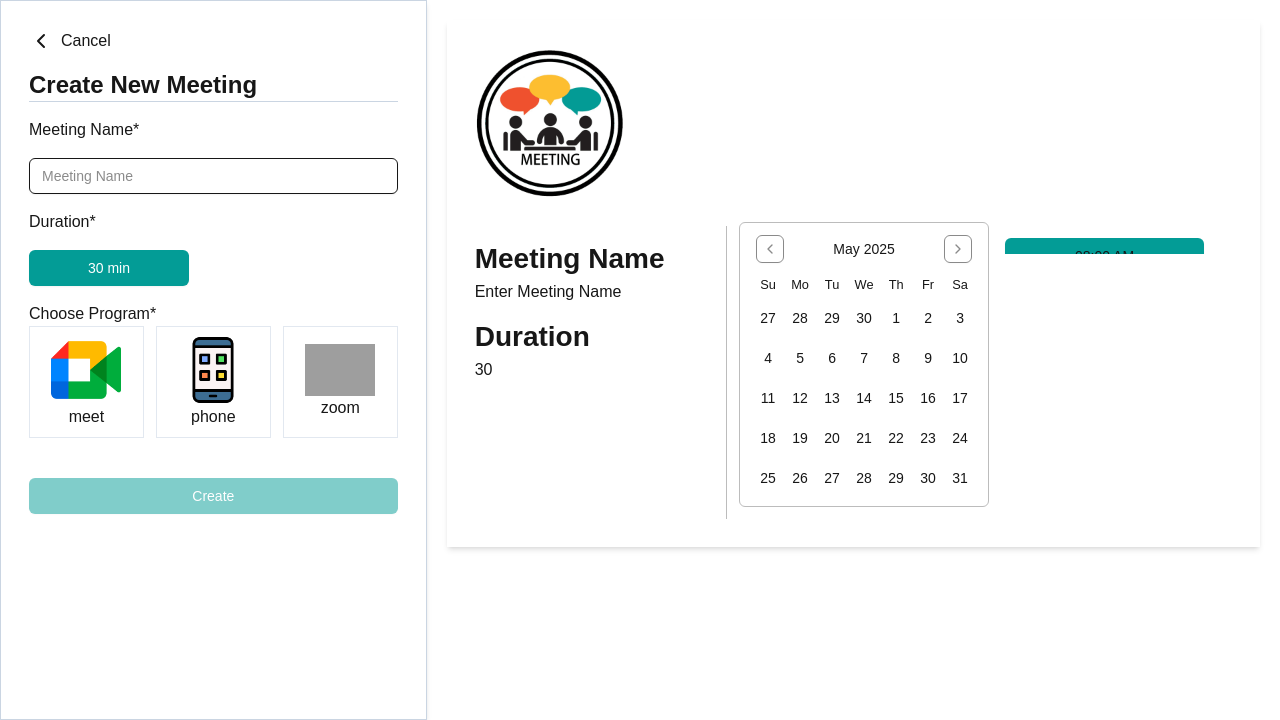
Repository: walaa-horani/scheduleMeetingNextjs
Page: /create-meeting
These files come from the project's save history. The page is drawn as it stood at one moment and after the next save; the edit follows.
The browser window is 1280 px wide. The pictures show the whole page.
Pictures or frames that could not be fetched are drawn as grey boxes. The project was rebuilt for these pictures with package versions that can differ from the ones it lists, and the page was loaded fresh each time. The framework's server and built-in components were replaced by stand-ins that run in the browser. Also part of the build but not shown: next.config.mjs.

Above is the page before, as saved 2025-05-28 21:59:51.

### app/layout.js
import { Inter, JetBrains_Mono } from "next/font/google";
import "./globals.css";

const inter = Inter({
  variable: "--font-sans",
  subsets: ["latin"],
});

const jetbrains = JetBrains_Mono({
  variable: "--font-mono",
  subsets: ["latin"],
});
export const metadata = {
  title: "Create Next App",
  description: "Generated by create next app",
};

export default function RootLayout({ children }) {
  return (
    <html lang="en">
      <body
        className={`${inter.variable} ${inter.variable} antialiased`}
      >
        {children}
      </body>
    </html>
  );
}

### app/(routes)/create-meeting/page.js
"use client"
import React, { useState } from 'react'
  import MeetingForm from './_components/MeetingForm'
import PreviewMeeting from './PreviewMeeting'
function CreateMeeting() {

      const [formValue,setFormValue] = useState()





  return (
    <div className='grid md:grid-cols-3 grid-cols-1'>

<div className=' p-3 shadow-md border border-slate-300 h-screen'>

          <MeetingForm setFormValue={setFormValue}/>
        </div>

        <div className='col-span-2'>
        <PreviewMeeting formValue={formValue}/>
        </div>
    </div>
  )
}

export default CreateMeeting

### app/(routes)/create-meeting/_components/MeetingForm.js
"use client"
import { ChevronLeft } from 'lucide-react'
import React, { useEffect, useState } from 'react'
import { Input } from '@/components/ui/input'
import { Button } from '@/components/ui/button'
import porgrams from '../../_utils/program'
import Image from 'next/image'
import {
  DropdownMenu,
  DropdownMenuContent,
  DropdownMenuItem,
  DropdownMenuLabel,
  DropdownMenuSeparator,
  DropdownMenuTrigger,
} from "@/components/ui/dropdown-menu"
import Link from 'next/link'

function MeetingForm({setFormValue}) {

    const [program,setProgram]= useState()
    const [meetingName,setMeeting] = useState()
    const [duration,setDuration] = useState(30)

    const [programsURL,setProgramsURL] = useState()



    useEffect(()=>{
      setFormValue({
        program:program,
        meetingName:meetingName,
        duration:duration,
        programsURL:programsURL

      })
    },[program,meetingName,duration,programsURL])





  return (
    <div className='p-4  '>
       <Link className='cursor-pointer' href={"/dashboard"}> <h1 className='flex gap-2 '> <ChevronLeft/> Cancel</h1></Link>
        <div>
            <h1 className='font-bold text-2xl mt-4'>Create New Meeting</h1>


            </div>

             <hr className='text-slate-300'/>

             <div className='flex flex-col gap-4 my-4'>

                <h2>Meeting Name*</h2>
                <Input onChange={(e)=> setMeeting(e.target.value)} placeholder="Meeting Name"/>
                </div>

             <div className='flex flex-col gap-4 my-4'>

                <h2>Duration*</h2>
             <Button className="max-w-40 text-white" >

                <DropdownMenu className="bg-white ">
  <DropdownMenuTrigger>{duration} min</DropdownMenuTrigger>
  <DropdownMenuContent className="bg-white border border-gray-200 shadow-lg rounded-md p-2 w-40">

    <DropdownMenuItem onClick={(e)=> setDuration(15)}>15 Min</DropdownMenuItem>
    <DropdownMenuItem onClick={(e)=> setDuration(30)}>30 Min</DropdownMenuItem>
    <DropdownMenuItem onClick={(e)=> setDuration(45)}>45 Min</DropdownMenuItem>
    <DropdownMenuItem onClick={(e)=> setDuration(60)}>60 Min</DropdownMenuItem>
  </DropdownMenuContent>
</DropdownMenu>

             </Button>
                </div>

                <div>
                   <h2>Choose Program*</h2>

                    <div  className='grid grid-cols-3 gap-3'>


                    {porgrams.map((item)=>(
                        <div onClick={()=> setProgram(item.name)} className={ `cursor-pointer hover:bg-[#e8f7f6] border-slate-200 p-2 flex flex-col justify-center border items-center ${program==item.name&&"bg-[#e8f7f6]"}`}>

                        <Image width={70} height={70} alt='image' src={item.icon}/>
                        <h2>{item.name}</h2>
                         </div>
                    ))}
                    </div>

                     {program&&
                        <>
                    <h2 className='mt-4'>Add {program} Url*</h2>
                <Input  onChange={(e)=> setProgramsURL(e.target.value)} placeholder="url"/></> }

                    </div>

                    <Button disabled={!(meetingName && duration &&programsURL &&  program)} className="mt-10 w-full text-white cursor-pointer">Create</Button>
    </div>
  )
}

export default MeetingForm

### app/(routes)/create-meeting/PreviewMeeting.js
"use client"
import React, { useEffect, useState } from 'react'
import Image from 'next/image'
import { Clock, MapPin } from 'lucide-react'
import Link from 'next/link'
import { Calendar } from "@/components/ui/calendar"
import { Button } from '@/components/ui/button'

function PreviewMeeting({formValue}) {

  const [date,setDate]= useState(new Date())
  const[timeSlotes,setTimeSlots] = useState()
  useEffect(()=>{
    formValue?.duration&&createTimeSlot(formValue?.duration)

  },[formValue])

   const createTimeSlot=(interval)=>{
        const startTime = 8 * 60; // 8 AM in minutes
        const endTime = 22 * 60; // 10 PM in minutes
        const totalSlots = (endTime - startTime) / interval;
        const slots = Array.from({ length: totalSlots }, (_, i) => {
      const totalMinutes = startTime + i * interval;
      const hours = Math.floor(totalMinutes / 60);
      const minutes = totalMinutes % 60;
      const formattedHours = hours > 12 ? hours - 12 : hours; // Convert to 12-hour format
      const period = hours >= 12 ? 'PM' : 'AM';
      return `${String(formattedHours).padStart(2, '0')}:${String(minutes).padStart(2, '0')} ${period}`;
    });

    setTimeSlots(slots);
    console.log(slots)
    }
  return (

       <div className='p-7 shadow-md   m-5'>
          <Image width={150} height={150} src="/logo.png"/>


         <div className='grid grid-cols-1 md:grid-cols-3'>

          <div className='mt-7  border-r border-[#bcbcbc]'>

             <div>

         <h2 className='font-bold text-[28px] mt-3'>Meeting Name</h2>
             <h2>{formValue?.meetingName?formValue?.meetingName:"Enter Meeting Name"}</h2>
           </div>


            <div>

         <h2 className='font-bold text-[28px] mt-3'>Duration</h2>
             <h2>{formValue?.duration?formValue?.duration:"duration"}</h2>
           </div>




          </div>


        <div className='md:col-span-2 flex p-3 mt-3'>
          <div className='flex flex-col'>


       {/* #039b95    */}
          <Calendar
              mode="single"
              selected={date}
              onSelect={setDate}
              className="rounded-md border border-[#bcbcbc]"
            />
              </div>

              <div className=' h-6 flex flex-col p-4 overflow-auto gap-4 w-full '>
                {timeSlotes?.map((item)=>(
                 <Button className="border-[#039b95] ">{item}</Button>
                ))}
              </div>
          </div>
         </div>
         </div>





































    //     <div className='p-7 shadow-md   m-5'>
//         <Image width={150} height={150} alt='logo' src="/logo.png"/>



//         {/* Meeting Info */}

//         <div className='grid grid-cols-1 md:grid-cols-3'>


//       <div className='mt-7  border-r border-[#bcbcbc]'>

//        <h2 className='font-bold text-[28px] text-[#039b95] '>Meeting Name</h2>
//        <h2 className='mt-6'>{formValue?.meetingName?formValue?.meetingName:"Meeting Name"}</h2>


//         <div className='flex items-center gap-2 mt-5'>
//             <Clock/> <h2> {formValue?.duration} Min</h2>
//         </div>

//         <div className='flex items-center gap-2 mt-5'>
//             <MapPin/> <h2> {formValue?.program} </h2>
//         </div>

//          <div className='mt-5'>


//         <Link  href={formValue?.programsURL?formValue?.programsURL:"#"}  className='text-blue-500 '>{formValue?.programsURL?formValue?.programsURL:"url"}</Link>
//          </div>

//     </div>
// </div>
//     <div>
//         {/* Time AND Date */}
//     </div>

//     </div>
  )
}

export default PreviewMeeting

### components/ui/input.jsx
import * as React from "react"

import { cn } from "@/lib/utils"

function Input({
  className,
  type,
  ...props
}) {
  return (
    <input
      type={type}
      data-slot="input"
      className={cn(
        "file:text-foreground placeholder:text-muted-foreground selection:bg-primary selection:text-primary-foreground dark:bg-input/30 border-input flex h-9 w-full min-w-0 rounded-md border bg-transparent px-3 py-1 text-base shadow-xs transition-[color,box-shadow] outline-none file:inline-flex file:h-7 file:border-0 file:bg-transparent file:text-sm file:font-medium disabled:pointer-events-none disabled:cursor-not-allowed disabled:opacity-50 md:text-sm",
        "focus-visible:border-ring focus-visible:ring-ring/50 focus-visible:ring-[3px]",
        "aria-invalid:ring-destructive/20 dark:aria-invalid:ring-destructive/40 aria-invalid:border-destructive",
        className
      )}
      {...props} />
  );
}

export { Input }

### components/ui/button.jsx
import * as React from "react"
import { Slot } from "@radix-ui/react-slot"
import { cva } from "class-variance-authority";

import { cn } from "@/lib/utils"

const buttonVariants = cva(
  "inline-flex items-center justify-center gap-2 whitespace-nowrap rounded-md text-sm font-medium transition-all disabled:pointer-events-none disabled:opacity-50 [&_svg]:pointer-events-none [&_svg:not([class*='size-'])]:size-4 shrink-0 [&_svg]:shrink-0 outline-none focus-visible:border-ring focus-visible:ring-ring/50 focus-visible:ring-[3px] aria-invalid:ring-destructive/20 dark:aria-invalid:ring-destructive/40 aria-invalid:border-destructive",
  {
    variants: {
      variant: {
        default:
          "bg-[#039C96] text-primary-foreground shadow-xs hover:bg-primary/90",
        destructive:
          "bg-destructive text-white shadow-xs hover:bg-destructive/90 focus-visible:ring-destructive/20 dark:focus-visible:ring-destructive/40 dark:bg-destructive/60",
        outline:
          "border bg-background shadow-xs hover:bg-accent hover:text-accent-foreground dark:bg-input/30 dark:border-input dark:hover:bg-input/50",
        secondary:
          "bg-secondary text-secondary-foreground shadow-xs hover:bg-secondary/80",
        ghost:
          "hover:bg-accent hover:text-accent-foreground dark:hover:bg-accent/50",
        link: "text-primary underline-offset-4 hover:underline",
      },
      size: {
        default: "h-9 px-4 py-2 has-[>svg]:px-3",
        sm: "h-8 rounded-md gap-1.5 px-3 has-[>svg]:px-2.5",
        lg: "h-10 rounded-md px-6 has-[>svg]:px-4",
        icon: "size-9",
      },
    },
    defaultVariants: {
      variant: "default",
      size: "default",
    },
  }
)

function Button({
  className,
  variant,
  size,
  asChild = false,
  ...props
}) {
  const Comp = asChild ? Slot : "button"

  return (
    <Comp
      data-slot="button"
      className={cn(buttonVariants({ variant, size, className }))}
      {...props} />
  );
}

export { Button, buttonVariants }

### app/(routes)/_utils/program.js
const porgrams = [
    {
        name:"meet",
        icon:"/meet.png"
    },

    {
        name:"phone",
        icon:"/app.png"
    },

    {
        name:"zoom",
        icon:"/business.png"
    },
]


export default porgrams;

### components/ui/dropdown-menu.jsx
"use client"

import * as React from "react"
import * as DropdownMenuPrimitive from "@radix-ui/react-dropdown-menu"
import { CheckIcon, ChevronRightIcon, CircleIcon } from "lucide-react"

import { cn } from "@/lib/utils"

function DropdownMenu({
  ...props
}) {
  return <DropdownMenuPrimitive.Root data-slot="dropdown-menu" {...props} />;
}

function DropdownMenuPortal({
  ...props
}) {
  return (<DropdownMenuPrimitive.Portal data-slot="dropdown-menu-portal" {...props} />);
}

function DropdownMenuTrigger({
  ...props
}) {
  return (<DropdownMenuPrimitive.Trigger data-slot="dropdown-menu-trigger" {...props} />);
}

function DropdownMenuContent({
  className,
  sideOffset = 4,
  ...props
}) {
  return (
    <DropdownMenuPrimitive.Portal>
      <DropdownMenuPrimitive.Content
        data-slot="dropdown-menu-content"
        sideOffset={sideOffset}
        className={cn(
          "bg-popover text-popover-foreground data-[state=open]:animate-in data-[state=closed]:animate-out data-[state=closed]:fade-out-0 data-[state=open]:fade-in-0 data-[state=closed]:zoom-out-95 data-[state=open]:zoom-in-95 data-[side=bottom]:slide-in-from-top-2 data-[side=left]:slide-in-from-right-2 data-[side=right]:slide-in-from-left-2 data-[side=top]:slide-in-from-bottom-2 z-50 max-h-(--radix-dropdown-menu-content-available-height) min-w-[8rem] origin-(--radix-dropdown-menu-content-transform-origin) overflow-x-hidden overflow-y-auto rounded-md border p-1 shadow-md",
          className
        )}
        {...props} />
    </DropdownMenuPrimitive.Portal>
  );
}

function DropdownMenuGroup({
  ...props
}) {
  return (<DropdownMenuPrimitive.Group data-slot="dropdown-menu-group" {...props} />);
}

function DropdownMenuItem({
  className,
  inset,
  variant = "default",
  ...props
}) {
  return (
    <DropdownMenuPrimitive.Item
      data-slot="dropdown-menu-item"
      data-inset={inset}
      data-variant={variant}
      className={cn(
        "focus:bg-accent focus:text-accent-foreground data-[variant=destructive]:text-destructive data-[variant=destructive]:focus:bg-destructive/10 dark:data-[variant=destructive]:focus:bg-destructive/20 data-[variant=destructive]:focus:text-destructive data-[variant=destructive]:*:[svg]:!text-destructive [&_svg:not([class*='text-'])]:text-muted-foreground relative flex cursor-default items-center gap-2 rounded-sm px-2 py-1.5 text-sm outline-hidden select-none data-[disabled]:pointer-events-none data-[disabled]:opacity-50 data-[inset]:pl-8 [&_svg]:pointer-events-none [&_svg]:shrink-0 [&_svg:not([class*='size-'])]:size-4",
        className
      )}
      {...props} />
  );
}

function DropdownMenuCheckboxItem({
  className,
  children,
  checked,
  ...props
}) {
  return (
    <DropdownMenuPrimitive.CheckboxItem
      data-slot="dropdown-menu-checkbox-item"
      className={cn(
        "focus:bg-accent focus:text-accent-foreground relative flex cursor-default items-center gap-2 rounded-sm py-1.5 pr-2 pl-8 text-sm outline-hidden select-none data-[disabled]:pointer-events-none data-[disabled]:opacity-50 [&_svg]:pointer-events-none [&_svg]:shrink-0 [&_svg:not([class*='size-'])]:size-4",
        className
      )}
      checked={checked}
      {...props}>
      <span
        className="pointer-events-none absolute left-2 flex size-3.5 items-center justify-center">
        <DropdownMenuPrimitive.ItemIndicator>
          <CheckIcon className="size-4" />
        </DropdownMenuPrimitive.ItemIndicator>
      </span>
      {children}
    </DropdownMenuPrimitive.CheckboxItem>
  );
}

function DropdownMenuRadioGroup({
  ...props
}) {
  return (<DropdownMenuPrimitive.RadioGroup data-slot="dropdown-menu-radio-group" {...props} />);
}

function DropdownMenuRadioItem({
  className,
  children,
  ...props
}) {
  return (
    <DropdownMenuPrimitive.RadioItem
      data-slot="dropdown-menu-radio-item"
      className={cn(
        "focus:bg-accent focus:text-accent-foreground relative flex cursor-default items-center gap-2 rounded-sm py-1.5 pr-2 pl-8 text-sm outline-hidden select-none data-[disabled]:pointer-events-none data-[disabled]:opacity-50 [&_svg]:pointer-events-none [&_svg]:shrink-0 [&_svg:not([class*='size-'])]:size-4",
        className
      )}
      {...props}>
      <span
        className="pointer-events-none absolute left-2 flex size-3.5 items-center justify-center">
        <DropdownMenuPrimitive.ItemIndicator>
          <CircleIcon className="size-2 fill-current" />
        </DropdownMenuPrimitive.ItemIndicator>
      </span>
      {children}
    </DropdownMenuPrimitive.RadioItem>
  );
}

function DropdownMenuLabel({
  className,
  inset,
  ...props
}) {
  return (
    <DropdownMenuPrimitive.Label
      data-slot="dropdown-menu-label"
      data-inset={inset}
      className={cn("px-2 py-1.5 text-sm font-medium data-[inset]:pl-8", className)}
      {...props} />
  );
}

function DropdownMenuSeparator({
  className,
  ...props
}) {
  return (
    <DropdownMenuPrimitive.Separator
      data-slot="dropdown-menu-separator"
      className={cn("bg-border -mx-1 my-1 h-px", className)}
      {...props} />
  );
}

function DropdownMenuShortcut({
  className,
  ...props
}) {
  return (
    <span
      data-slot="dropdown-menu-shortcut"
      className={cn("text-muted-foreground ml-auto text-xs tracking-widest", className)}
      {...props} />
  );
}

function DropdownMenuSub({
  ...props
}) {
  return <DropdownMenuPrimitive.Sub data-slot="dropdown-menu-sub" {...props} />;
}

function DropdownMenuSubTrigger({
  className,
  inset,
  children,
  ...props
}) {
  return (
    <DropdownMenuPrimitive.SubTrigger
      data-slot="dropdown-menu-sub-trigger"
      data-inset={inset}
      className={cn(
        "focus:bg-accent focus:text-accent-foreground data-[state=open]:bg-accent data-[state=open]:text-accent-foreground flex cursor-default items-center rounded-sm px-2 py-1.5 text-sm outline-hidden select-none data-[inset]:pl-8",
        className
      )}
      {...props}>
      {children}
      <ChevronRightIcon className="ml-auto size-4" />
    </DropdownMenuPrimitive.SubTrigger>
  );
}

function DropdownMenuSubContent({
  className,
  ...props
}) {
  return (
    <DropdownMenuPrimitive.SubContent
      data-slot="dropdown-menu-sub-content"
      className={cn(
        "bg-popover text-popover-foreground data-[state=open]:animate-in data-[state=closed]:animate-out data-[state=closed]:fade-out-0 data-[state=open]:fade-in-0 data-[state=closed]:zoom-out-95 data-[state=open]:zoom-in-95 data-[side=bottom]:slide-in-from-top-2 data-[side=left]:slide-in-from-right-2 data-[side=right]:slide-in-from-left-2 data-[side=top]:slide-in-from-bottom-2 z-50 min-w-[8rem] origin-(--radix-dropdown-menu-content-transform-origin) overflow-hidden rounded-md border p-1 shadow-lg",
        className
      )}
      {...props} />
  );
}

export {
  DropdownMenu,
  DropdownMenuPortal,
  DropdownMenuTrigger,
  DropdownMenuContent,
  DropdownMenuGroup,
  DropdownMenuLabel,
  DropdownMenuItem,
  DropdownMenuCheckboxItem,
  DropdownMenuRadioGroup,
  DropdownMenuRadioItem,
  DropdownMenuSeparator,
  DropdownMenuShortcut,
  DropdownMenuSub,
  DropdownMenuSubTrigger,
  DropdownMenuSubContent,
}

### components/ui/calendar.jsx
"use client"

import * as React from "react"
import { ChevronLeft, ChevronRight } from "lucide-react"
import { DayPicker } from "react-day-picker"

import { cn } from "@/lib/utils"
import { buttonVariants } from "@/components/ui/button"

function Calendar({
  className,
  classNames,
  showOutsideDays = true,
  ...props
}) {
  return (
    <DayPicker
      showOutsideDays={showOutsideDays}
      className={cn("p-3", className)}
      classNames={{
        months: "flex flex-col sm:flex-row gap-2",
        month: "flex flex-col gap-4",
        caption: "flex justify-center pt-1 relative items-center w-full",
        caption_label: "text-sm font-medium",
        nav: "flex items-center gap-1",
        nav_button: cn(
          buttonVariants({ variant: "outline" }),
          "size-7 bg-transparent p-0 opacity-50 hover:opacity-100"
        ),
        nav_button_previous: "absolute left-1",
        nav_button_next: "absolute right-1",
        table: "w-full border-collapse space-x-1",
        head_row: "flex",
        head_cell:
          "text-muted-foreground rounded-md w-8 font-normal text-[0.8rem]",
        row: "flex w-full mt-2",
        cell: cn(
          "relative p-0 text-center text-sm focus-within:relative focus-within:z-20 [&:has([aria-selected])]:bg-accent [&:has([aria-selected].day-range-end)]:rounded-r-md",
          props.mode === "range"
            ? "[&:has(>.day-range-end)]:rounded-r-md [&:has(>.day-range-start)]:rounded-l-md first:[&:has([aria-selected])]:rounded-l-md last:[&:has([aria-selected])]:rounded-r-md"
            : "[&:has([aria-selected])]:rounded-md"
        ),
        day: cn(
          buttonVariants({ variant: "ghost" }),
          "size-8 p-0 font-normal aria-selected:opacity-100"
        ),
        day_range_start:
          "day-range-start aria-selected:bg-primary aria-selected:text-primary-foreground",
        day_range_end:
          "day-range-end aria-selected:bg-primary aria-selected:text-primary-foreground",
        day_selected:
          "bg-primary text-primary-foreground hover:bg-primary hover:text-primary-foreground focus:bg-primary focus:text-primary-foreground",
        day_today: "bg-accent text-accent-foreground",
        day_outside:
          "day-outside text-muted-foreground aria-selected:text-muted-foreground",
        day_disabled: "text-muted-foreground opacity-50",
        day_range_middle:
          "aria-selected:bg-accent aria-selected:text-accent-foreground",
        day_hidden: "invisible",
        ...classNames,
      }}
      components={{
        IconLeft: ({ className, ...props }) => (
          <ChevronLeft className={cn("size-4", className)} {...props} />
        ),
        IconRight: ({ className, ...props }) => (
          <ChevronRight className={cn("size-4", className)} {...props} />
        ),
      }}
      {...props} />
  );
}

export { Calendar }

Loaded but not shown: app/globals.css (common file); lib/utils.js (common file)

After the next save:
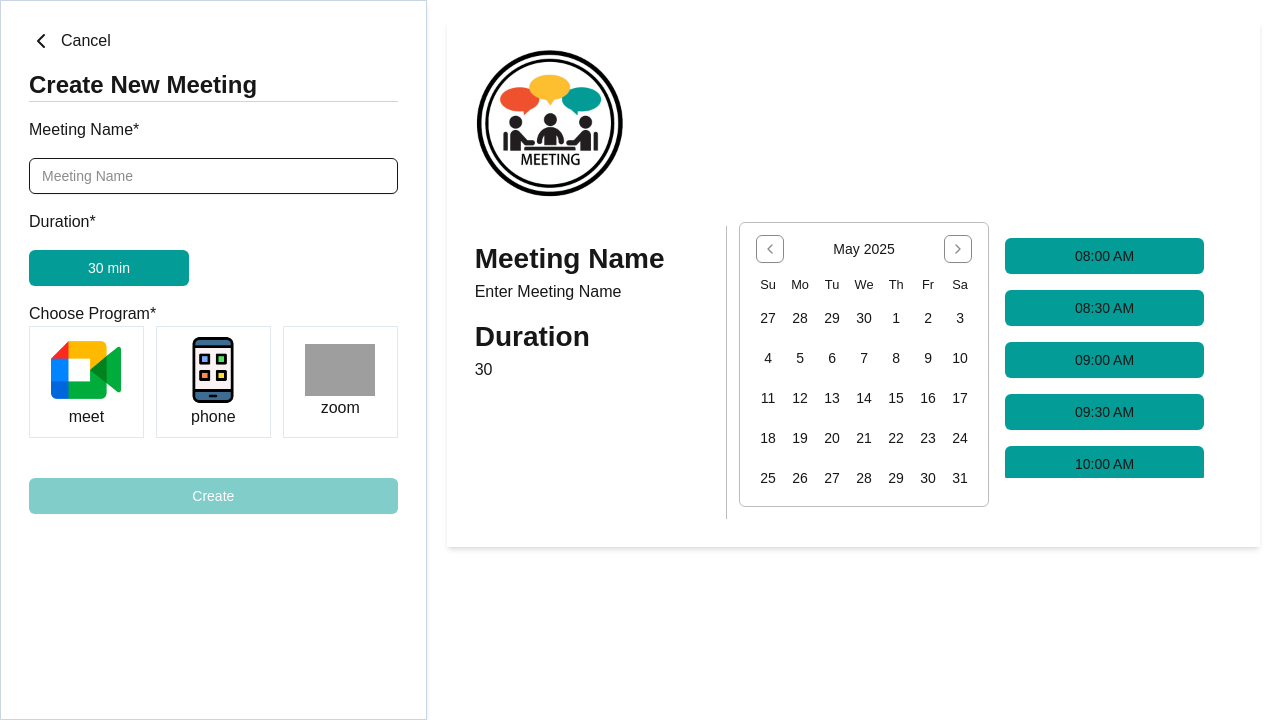
Saved 11 s later.
--- a/app/(routes)/create-meeting/PreviewMeeting.js
+++ b/app/(routes)/create-meeting/PreviewMeeting.js
@@ -73,7 +73,7 @@
             />
               </div>
 
-              <div className=' h-6 flex flex-col p-4 overflow-auto gap-4 w-full '>
+              <div className=' h-64 flex flex-col p-4 overflow-auto gap-4 w-full '>
                 {timeSlotes?.map((item)=>(
                  <Button className="border-[#039b95] ">{item}</Button>
                 ))}
